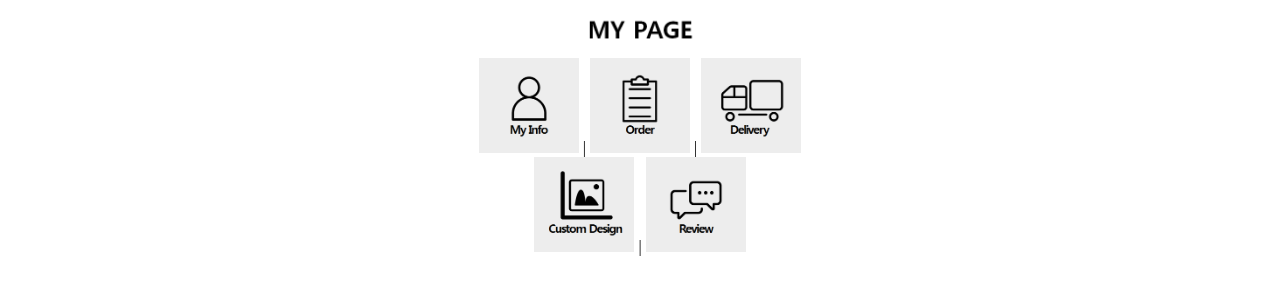
Repository: sjeong12/Photos
Page: http://localhost/LSJ_PHOTO/myPage.jsp
The author's editor kept a copy of each file at every save. The page is drawn from the files as they stood at one save, then again after the next save.
The browser window is 1280 px wide. The pictures show the whole page.
The page is served by Tomcat 9.

Above is the page before, as saved 2016-12-06 08:44:24.

After the next save:
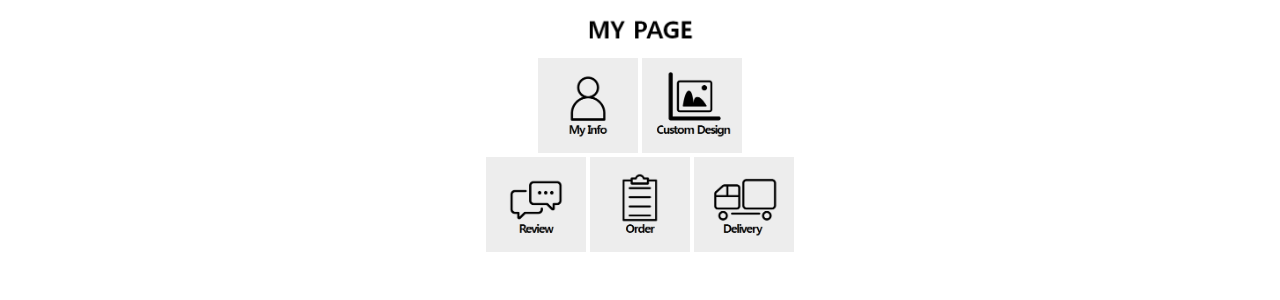
Saved 70 s later.
--- a/LSJ_PHOTO/WebContent/myPage.jsp
+++ b/LSJ_PHOTO/WebContent/myPage.jsp
@@ -8,16 +8,18 @@
 		<img src="homepageImage/MyPage/title_myPage.png" height="50"/><br/>
 
 		<a href="/LSJ_PHOTO/home.jsp?page=/ch09/member_update&puserid=<%= userid %>">
-		<img src="homepageImage/MyPage/myInfo.png" width="100"/></a> |
+		<img src="homepageImage/MyPage/myInfo.png" width="100"/></a>
 		<a href="/LSJ_PHOTO/home.jsp?page=/ch09/member_update&puserid=<%= userid %>">
-		<img src="homepageImage/MyPage/order.png" width="100"/></a> |
+		<img src="homepageImage/MyPage/customDesign.png" width="100"/></a>
+
+		<br/>
+
+		<a href="/LSJ_PHOTO/home.jsp?page=/boardD/boardDlist">
+		<img src="homepageImage/MyPage/review.png" width="100"/></a>
+		<a href="/LSJ_PHOTO/home.jsp?page=/ch09/member_update&puserid=<%= userid %>">
+		<img src="homepageImage/MyPage/order.png" width="100"/></a>
 		<a href="/LSJ_PHOTO/home.jsp?page=/ch09/member_update&puserid=<%= userid %>">
 		<img src="homepageImage/MyPage/delivery.png" width="100"/></a>
-		<br/>
-		<a href="/LSJ_PHOTO/home.jsp?page=/ch09/member_update&puserid=<%= userid %>">
-		<img src="homepageImage/MyPage/customDesign.png" width="100"/></a> |
-		<a href="/LSJ_PHOTO/home.jsp?page=/boardD/boardDlist">
-		<img src="homepageImage/MyPage/review.png" width="100"/></a>
 </div>
 </BODY>
 </HTML>
